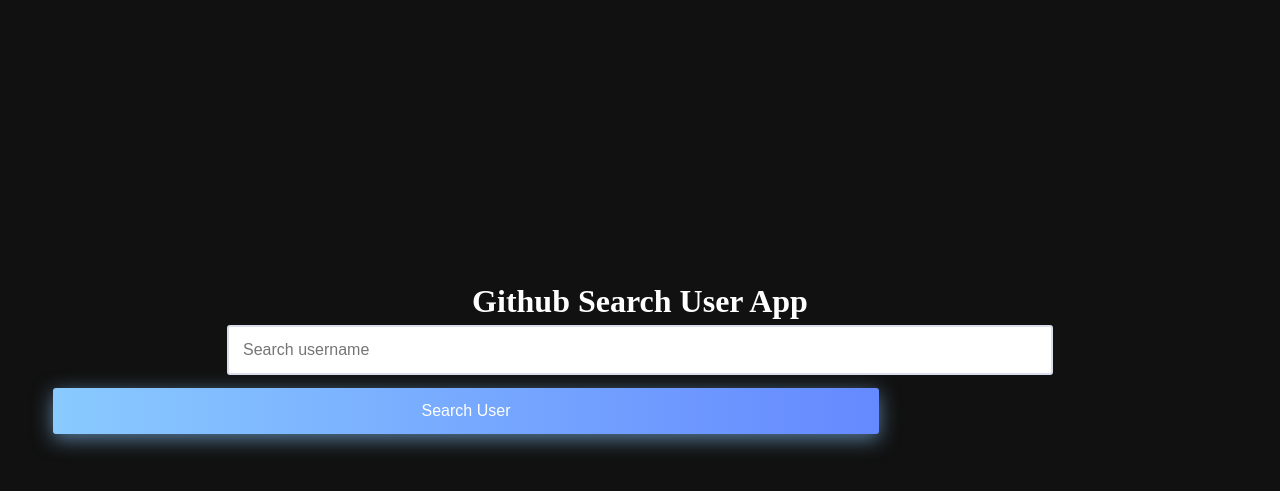
Repository: solox-cyber/Github-search-user
Page: index.html
These files come from the project's save history. The page is drawn as it stood at one moment and after a run of saves; the edit follows.
The browser window is 1280 px wide. The pictures show the whole page.

Above is the page before, as saved 2023-03-25 18:37:39.

After the next 2 saves:
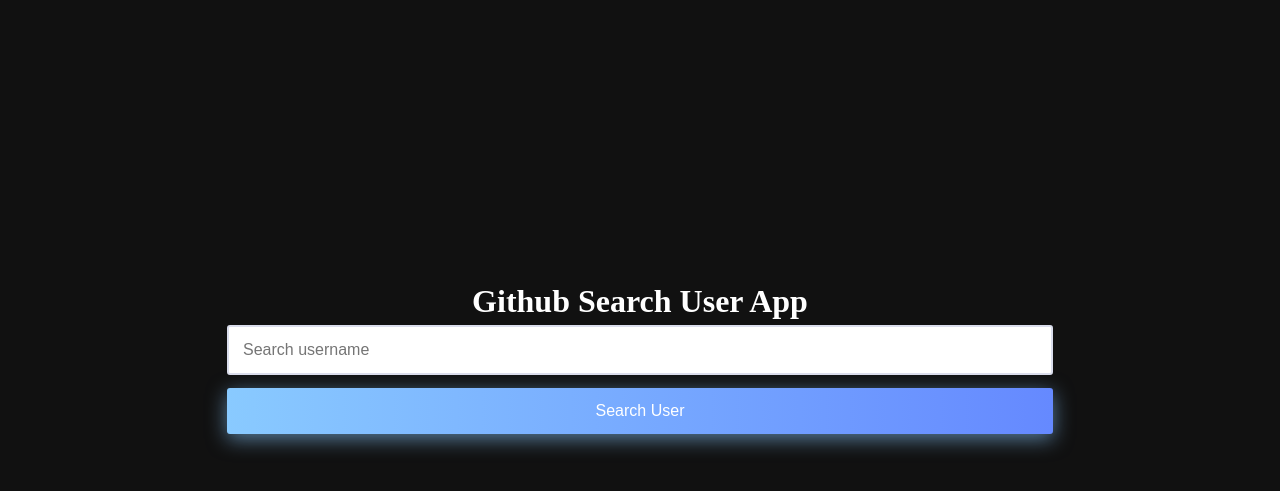
The 2 saves are shown as one change because they came seconds apart.
The last was saved 6 s later.
--- a/style.css
+++ b/style.css
@@ -54,7 +54,7 @@
         box-shadow: 0 5px 20px #89caff94;
         transition: box-shadow .3s ease-in-out;
        align-self: center;
-       jus
+       justify-self: center;
       }
 
       button:hover {
